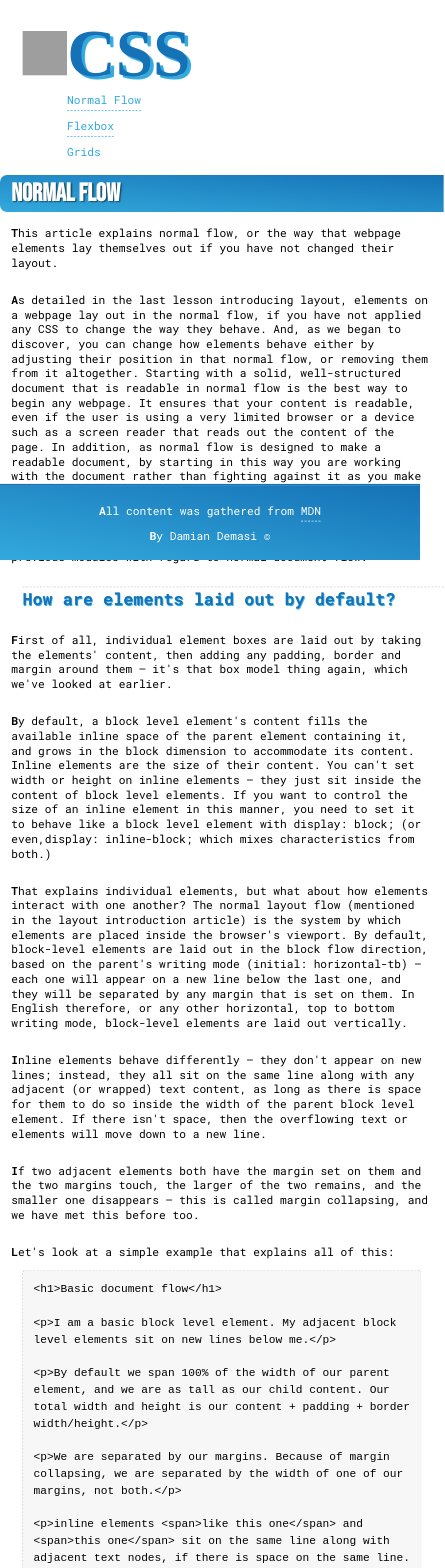
Repository: Colo-Codes/freecodecamp-04-Technical-Documentation-Page
Page: index.html
These files come from the project's save history. The page is drawn as it stood at one moment and after the next save; the edit follows.
The browser window is 600 px wide. The page is 635 px wide, so the pictures cover 635 px, including what lies to the right of the window. The pictures show the part of the page from y = 0 to 2240 px (the page is 8189 px tall), at 70% of full size.
Pictures or frames that could not be fetched are drawn as grey boxes. Some web fonts or font styles are not loaded; a fallback is used.

Above is the page before, as saved 2021-05-22 09:23:24.

### index.html
<!DOCTYPE html>
<html lang="en">

<head>
    <meta charset="UTF-8">
    <meta http-equiv="X-UA-Compatible" content="IE=edge">
    <meta name="viewport" content="width=device-width, initial-scale=1.0">
    <link rel="stylesheet" href="./resources/css/index.css" type="text/css">
    <link rel="preconnect" href="https://fonts.gstatic.com">
    <link
        href="https://fonts.googleapis.com/css2?family=Bebas+Neue&family=Pattaya&family=Roboto+Mono:wght@100;400;700&display=swap"
        rel="stylesheet">

    <title>CSS Technical Documentation</title>
</head>

<body>
    <div id="flex-container">
        <header id="navbar-block">
            <img id="navbar-image" src="./resources/img/file_type_css_icon_130661.png" alt="CSS3 logo in blue">
            <nav id="navbar">
                <!-- On the left of screen, fixed (visible) -->
                <header>
                    <h1>CSS</h1>
                </header>
                <ul>
                    <li><a href="#Normal_Flow" class="nav-link">Normal Flow</a></li>
                    <li><a href="#Flexbox" class="nav-link">Flexbox</a></li>
                    <li><a href="#Grids" class="nav-link">Grids</a></li>
                    <li><a href="#Floats" class="nav-link">Floats</a></li>
                    <li><a href="#Positioning" class="nav-link">Positioning</a></li>
                </ul>
            </nav>
        </header>
        <main id="main-doc">
            <section class="main-section" id="Normal_Flow">
                <header class="section-header">
                    <h2>Normal Flow</h2>
                </header>
                <p>This article explains normal flow, or the way that webpage elements lay themselves out if you have
                    not
                    changed their
                    layout.</p>
                <p>As detailed in the last lesson introducing layout, elements on a webpage lay out in the normal flow,
                    if
                    you have not
                    applied any CSS to change the way they behave. And, as we began to discover, you can change how
                    elements
                    behave
                    either by adjusting their position in that normal flow, or removing them from it altogether.
                    Starting
                    with a solid,
                    well-structured document that is readable in normal flow is the best way to begin any webpage. It
                    ensures that your
                    content is readable, even if the user is using a very limited browser or a device such as a screen
                    reader that reads
                    out the content of the page. In addition, as normal flow is designed to make a readable document, by
                    starting in
                    this way you are working with the document rather than fighting against it as you make changes to
                    the
                    layout.</p>
                <p>Before digging deeper into different layout methods, it is worth revisiting some of the things you
                    will
                    have studied
                    in previous modules with regard to normal document flow.</p>
                <h3>How are elements laid out by default?</h3>
                <p>First of all, individual element boxes are laid out by taking the elements' content, then adding any
                    padding, border
                    and margin around them — it's that box model thing again, which we've looked at earlier.
                </p>
                <p>By default, a block level element's content fills the available inline space of the parent element
                    containing it,
                    and grows in the block dimension to accommodate its content. Inline elements are the size of their
                    content. You
                    can't set width or height on inline elements — they just sit inside the content of block level
                    elements.
                    If you want
                    to control the size of an inline element in this manner, you need to set it to behave like a block
                    level
                    element
                    with display: block; (or even,display: inline-block; which mixes characteristics from both.)
                </p>
                <p>That explains individual elements, but what about how elements interact with one another? The normal
                    layout flow
                    (mentioned in the layout introduction article) is the system by which elements are placed inside the
                    browser's
                    viewport. By default, block-level elements are laid out in the block flow direction, based on the
                    parent's writing
                    mode (initial: horizontal-tb) — each one will appear on a new line below the last one, and they will
                    be
                    separated by
                    any margin that is set on them. In English therefore, or any other horizontal, top to bottom writing
                    mode,
                    block-level elements are laid out vertically.
                </p>
                <p>Inline elements behave differently — they don't appear on new lines; instead, they all sit on the
                    same
                    line along
                    with any adjacent (or wrapped) text content, as long as there is space for them to do so inside the
                    width of the
                    parent block level element. If there isn't space, then the overflowing text or elements will move
                    down
                    to a new
                    line.
                </p>
                <p>If two adjacent elements both have the margin set on them and the two margins touch, the larger of
                    the
                    two remains,
                    and the smaller one disappears — this is called margin collapsing, and we have met this before too.
                </p>
                <p>Let's look at a simple example that explains all of this:</p>
                <code>&lt;h1&gt;Basic document flow&lt;/h1&gt;

&lt;p&gt;I am a basic block level element. My adjacent block level elements sit on new lines below me.&lt;/p&gt;

&lt;p&gt;By default we span 100% of the width of our parent element, and we are as tall as our child content. Our total width and height is our content + padding + border width/height.&lt;/p&gt;

&lt;p&gt;We are separated by our margins. Because of margin collapsing, we are separated by the width of one of our margins, not both.&lt;/p&gt;

&lt;p&gt;inline elements &lt;span&gt;like this one&lt;/span&gt; and &lt;span&gt;this one&lt;/span&gt; sit on the same line along with adjacent text nodes, if there is space on the same line. Overflowing inline elements will &lt;span&gt;wrap onto a new line if possible (like this one containing text)&lt;/span&gt;, or just go on to a new line if not, much like this image will do: &lt;img src="https://mdn.mozillademos.org/files/13360/long.jpg"&gt;&lt;/p&gt;</code>
                <code>body {
    width: 500px;
    margin: 0 auto;
}

p {
    background: rgba(255,84,104,0.3);
    border: 2px solid rgb(255,84,104);
    padding: 10px;
    margin: 10px;
}

span {
    background: white;
    border: 1px solid black;
}</code>


            </section>

            <section class="main-section" id="Flexbox">
                <header class="section-header">
                    <h2>Flexbox</h2>
                </header>
                <p>Flexbox is a one-dimensional layout method for laying out items in rows or columns. Items flex to
                    fill
                    additional space and shrink to fit into smaller spaces. This article explains all the fundamentals.
                </p>
                <h3>Why Flexbox?</h3>
                <p>For a long time, the only reliable cross browser-compatible tools available for creating CSS layouts
                    were
                    things like floats and positioning. These are fine, and they work, but in some ways they are also
                    rather
                    limiting and frustrating.</p>
                <p>The following simple layout requirements are either difficult or impossible to achieve with such
                    tools,
                    in any kind of convenient, flexible way:</p>
                <ul>
                    <li>Vertically centering a block of content inside its parent.</li>
                    <li>Making all the children of a container take up an equal amount of the available width/height,
                        regardless of how much width/height is available.</li>
                    <li>Making all columns in a multiple-column layout adopt the same height even if they contain a
                        different amount of content.</li>
                </ul>
                <p>As you'll see in subsequent sections, flexbox makes a lot of layout tasks much easier. Let's dig in!
                </p>
                <h3>Specifying what elements to lay out as flexible boxes</h3>
                <code>section {
    display: flex;
}</code>


            </section>

            <section class="main-section" id="Grids">
                <header class="section-header">
                    <h2>Grids</h2>
                </header>
                <p>CSS Grid Layout is a two-dimensional layout system for the web. It lets you lay content out in rows
                    and
                    columns, and has many features that make building complex layouts straightforward. This article will
                    give you all you need to know to get started with page layout.</p>
                <h3>What is grid layout?</h3>
                <p>A grid is a collection of horizontal and vertical lines creating a pattern against which we can line
                    up
                    our design elements. They help us to create designs where elements don’t jump around or change width
                    as
                    we move from page to page, providing greater consistency on our websites.</p>
                <p>A grid will typically have columns, rows, and then gaps between each row and column — commonly
                    referred
                    to as gutters.</p>
                <h3>Defining a grid</h3>
                <p>As a starting point, download and open the starting point file in your text editor and browser (you
                    can
                    also see it live here). You will see an example with a container, which has some child items. By
                    default
                    these display in normal flow so the boxes display one below the other. We will be working with this
                    file
                    for the first part of this lesson, making changes to see how grid behaves.</p>
                <p>To define a grid we use the grid value of the display property. As with Flexbox, this switches on
                    Grid
                    Layout, and all of the direct children of the container become grid items. Add this to the CSS
                    inside
                    your file:</p>
                <code>.container {
    display: grid;
}</code>
                <p>Unlike flexbox, the items will not immediately look any different. Declaring display: grid gives you
                    a
                    one column grid, so your items will continue to display one below the other as they do in normal
                    flow.
                </p>
                <p>We can place things according to these lines by specifying the start and end line. We do this using
                    the
                    following properties:</p>
                <ul>
                    <li>grid-column-start</li>
                    <li>grid-column-end</li>
                    <li>grid-row-start</li>
                    <li>grid-row-end</li>
                </ul>

            </section>

            <section class="main-section" id="Floats">
                <header class="section-header">
                    <h2>Floats</h2>
                </header>
                <p>Originally for floating images inside blocks of text, the float property became one of the most
                    commonly
                    used tools for creating multiple column layouts on webpages. With the advent of flexbox and grid it
                    has
                    now returned to its original purpose, as this article explains.</p>
                <h3>The background of floats</h3>
                <p>The float property was introduced to allow web developers to implement simple layouts involving an
                    image
                    floating inside a column of text, with the text wrapping around the left or right of it. The kind of
                    thing you might get in a newspaper layout.</p>
                <p>But web developers quickly realized that you can float anything, not just images, so the use of float
                    broadened, for example to fun layout effects such as drop-caps.</p>
                <p>Floats have commonly been used to create entire web site layouts featuring multiple columns of
                    information floated so they sit alongside one another (the default behavior would be for the columns
                    to
                    sit below one another, in the same order as they appear in the source). There are newer, better
                    layout
                    techniques available and so use of floats in this way should be regarded as a legacy technique.</p>
                <h3>A simple float example</h3>
                <p>Let's explore how to use floats. We'll start with a really simple example involving floating a block
                    of
                    text around an element. You can follow along by creating a new index.html file on your computer,
                    filling
                    it with a simple HTML template, and inserting the below code into it at the appropriate places. At
                    the
                    bottom of the section, you can see a live example of what the final code should look like.</p>
                <p>First, we'll start off with some simple HTML — add the following to your HTML body, removing anything
                    that was inside there before:</p>
                <code>&lt;h1&gt;Simple float example&lt;/h1&gt;

&lt;div class="box"&gt;Float&lt;/div&gt;

&lt;p&gt;Lorem ipsum dolor sit amet, consectetur adipiscing elit. Nulla luctus aliquam dolor, eu lacinia lorem placerat vulputate. Duis felis orci, pulvinar id metus ut, rutrum luctus orci. Cras porttitor imperdiet nunc, at ultricies tellus laoreet sit amet. &lt;/p&gt;

&lt;p&gt;Sed auctor cursus massa at porta. Integer ligula ipsum, tristique sit amet orci vel, viverra egestas ligula. Curabitur vehicula tellus neque, ac ornare ex malesuada et. In vitae convallis lacus. Aliquam erat volutpat. Suspendisse ac imperdiet turpis. Aenean finibus sollicitudin eros pharetra congue. Duis ornare egestas augue ut luctus. Proin blandit quam nec lacus varius commodo et a urna. Ut id ornare felis, eget fermentum sapien.&lt;/p&gt;

&lt;p&gt;Nam vulputate diam nec tempor bibendum. Donec luctus augue eget malesuada ultrices. Phasellus turpis est, posuere sit amet dapibus ut, facilisis sed est. Nam id risus quis ante semper consectetur eget aliquam lorem. Vivamus tristique elit dolor, sed pretium metus suscipit vel. Mauris ultricies lectus sed lobortis finibus. Vivamus eu urna eget velit cursus viverra quis vestibulum sem. Aliquam tincidunt eget purus in interdum. Cum sociis natoque penatibus et magnis dis parturient montes, nascetur ridiculus mus.&lt;/p&gt;</code>
                <p>Now apply the following CSS to your HTML (using a &lt;style&gt; element or a
                    <link> to a separate .css file — your choice):
                </p>
                <code>body {
    width: 90%;
    max-width: 900px;
    margin: 0 auto;
    font: .9em/1.2 Arial, Helvetica, sans-serif
}

.box {
    width: 150px;
    height: 100px;
    border-radius: 5px;
    background-color: rgb(207,232,220);
    padding: 1em;
}</code>

            </section>

            <section class="main-section" id="Positioning">
                <header class="section-header">
                    <h2>Positioning</h2>
                </header>
                <p>Positioning allows you to take elements out of the normal document layout flow, and make them behave
                    differently; for example sitting on top of one another, or always remaining in the same place inside
                    the
                    browser viewport. This article explains the different position values, and how to use them.</p>
                <ul>
                    <li>Default value: static</li>
                    <li>Inherited: no</li>
                    <li>Animatable: no. Read about animatable</li>
                    <li>Version: CSS2</li>
                    <li>JavaScript syntax: object.style.position="absolute"</li>
                </ul>
                <h3>Introducing positioning</h3>
                <p>The whole idea of positioning is to allow us to override the basic document flow behavior described
                    above, to produce interesting effects. What if you want to slightly alter the position of some boxes
                    inside a layout from their default layout flow position, to give a slightly quirky, distressed feel?
                    Positioning is your tool. Or if you want to create a UI element that floats over the top of other
                    parts
                    of the page, and/or always sits in the same place inside the browser window no matter how much the
                    page
                    is scrolled? Positioning makes such layout work possible.</p>
                <h3>Static positioning</h3>
                <p>Static positioning is the default that every element gets — it just means "put the element into its
                    normal position in the document layout flow — nothing special to see here."</p>
                    <p></p>
            </section>
        </main>
    </div>
    <footer>
        <p>All content was gathered from <a href="https://developer.mozilla.org/en-US/docs/Learn/CSS/CSS_layout"
                target="_blank">MDN</a></p>
        <p>By Damian Demasi &copy;</p>
    </footer>
</body>

</html>

### resources/css/index.css
/* Reset */
html {
    box-sizing: border-box;
    font-size: 16px;
    font-family: 'Roboto Mono', Arial, Helvetica, sans-serif;
}

*, *:before, *:after {
    box-sizing: inherit;
    margin: 0;
    padding: 0;
}

/* Main flexbox */

@media screen and (min-width: 700px) {
    #flex-container {
        position: relative;
        display: flex;
        justify-content: center;
        align-items: baseline;
        /* flex-flow: wrap; FIXME */
        /* overflow: scroll; FIXME */

    }
    #navbar-image {
        width: 150px;
    }
    .section-header {
        top: 0px;
    }
}

@media screen and (max-width: 699px) {
    #flex-container {
        /* position: relative; */
        display: flex;
        flex-direction: column;
        /* flex-flow: wrap; */
        /* overflow: scroll; FIXME */
    }
    ul {
        height: 6rem;
        overflow: scroll;
    }
    #navbar-block {
        display: flex;
        align-items: baseline;
    }
    #navbar-image {
        width: 4rem;
        height: 4rem;
    }
    #navbar {
        flex: 1;
    }
    .section-header {
        top: 250px;
    }
}

#main-doc {
    align-self: flex-start;
    max-width: 1000px;
    /* Not doing anything: */
    /* flex-shrink: 1; */
    /* background-color: teal; FIXME */
}

/* Navbar */
#navbar-block {
    position: sticky;
    top: 20px;
    margin: 0 2rem;
    /* outline: 1px solid red; */
    /* flex: 1; */
}
#navbar-image {
    margin: 0 auto;
}
#navbar ul li {
    list-style-type: none;
    margin-bottom: 1rem;
}
.nav-link:link, .nav-link:visited  {
    text-decoration: none;
    border-bottom: 1px dashed #33A9DC;
    padding-bottom: 5px;
    color: #33A9DC;
}
.nav-link:focus, .nav-link:hover  {
    border-bottom: 2px solid #1572B6;
    padding-bottom: 5px;
    color: #1572B6;
}
.nav-link:active  {
    border-bottom: 2px solid #1572B6;
    padding-bottom: 5px;
    color: #1572B6;
}
#navbar h1 {
    font-family: 'Pattaya', 'Times New Roman', Times, serif;
    font-size: 6rem;
    color: #1572B6;
    text-shadow: #33A9DC 5px 5px 1px;
}
/* Main content */

.section-header {
    position: sticky;
    color: white;
    text-shadow: 2px 2px 2px rgba(0, 0, 0, .5);
    padding: 5px 0 5px 1rem;
    background: #33A9DC;  /* fallback for old browsers */
    background: -webkit-linear-gradient(to bottom left, #1572B6, #33A9DC);  /* Chrome 10-25, Safari 5.1-6 */
    background: linear-gradient(to bottom left, #1572B6, #33A9DC); /* W3C, IE 10+/ Edge, Firefox 16+, Chrome 26+, Opera 12+, Safari 7+ */
    font-family: 'Bebas Neue', sans-serif;
    text-transform: uppercase;
    font-size: 1.5rem;
    border-radius: 10px 0 0 10px;
    margin: 30px 0 0 0;
}

p {
    margin: 2rem 1rem 0 1rem;

}

p::first-letter {
    font-weight: bold;
}

h3 {
    margin: 2rem 0 0 2rem;
    font-size: 1.5rem;
    border-top: 1px dashed rgba(0, 0, 0, .2);
    color: #1572B6;
    text-shadow: #33A9DC 1px 1px 1px;

}

/* Code content */
code {
    display: block;
  text-align: left;
  white-space: pre-wrap;
  word-break: normal;
  word-wrap: normal;
  line-height: 1.5;
  background-color: #f7f7f7;
  padding: 15px;
  margin: 1rem 2rem 1rem 2rem;
  border-radius: 5px;
  border: 1px dashed rgba(0, 0, 0, .2)
}

/* Unordered lists */
.main-section ul {
    margin: 1rem 0 2rem 4rem;
    list-style-image: url(../img/chevron_right_round-48_46769.png);
}

/* Footer */
footer {
    position: sticky;
    bottom: 0;
    background: #33A9DC;  /* fallback for old browsers */
    background: -webkit-linear-gradient(to bottom left, #1572B6, #33A9DC);  /* Chrome 10-25, Safari 5.1-6 */
    background: linear-gradient(to bottom left, #1572B6, #33A9DC); /* W3C, IE 10+/ Edge, Firefox 16+, Chrome 26+, Opera 12+, Safari 7+ */
    color: white;
    text-align: center;
    padding: .5rem 0;
    border-top: #1572B6 3px solid;
}
footer a:link, footer a:visited  {
    text-decoration: none;
    border-bottom: 1px dashed #f7f7f7;
    padding-bottom: 5px;
    color: #f7f7f7;
}
footer a:focus, footer a:hover  {
    border-bottom: 2px solid #d8d8d8;
    padding-bottom: 5px;
    color: #d8d8d8;
}
footer a:active  {
    border-bottom: 2px solid #d8d8d8;
    padding-bottom: 5px;
    color: #d8d8d8;
}
footer p {
    margin: 1rem 0;
}

After the next save:
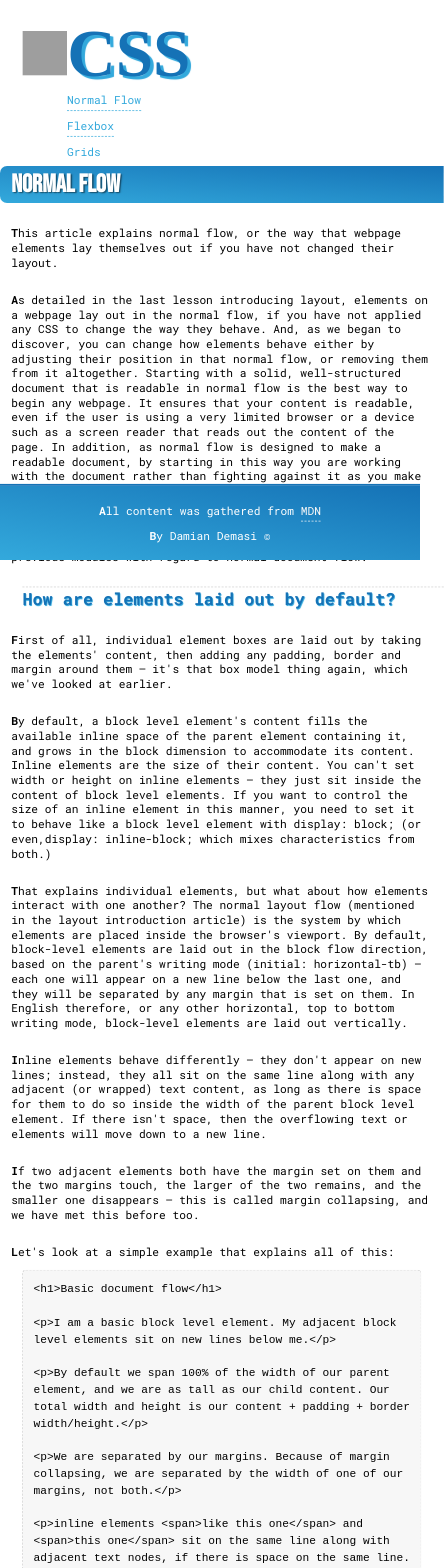
Saved 7 s later.
--- a/resources/css/index.css
+++ b/resources/css/index.css
@@ -55,7 +55,7 @@ html {
         flex: 1;
     }
     .section-header {
-        top: 250px;
+        top: 230px;
     }
 }
 
